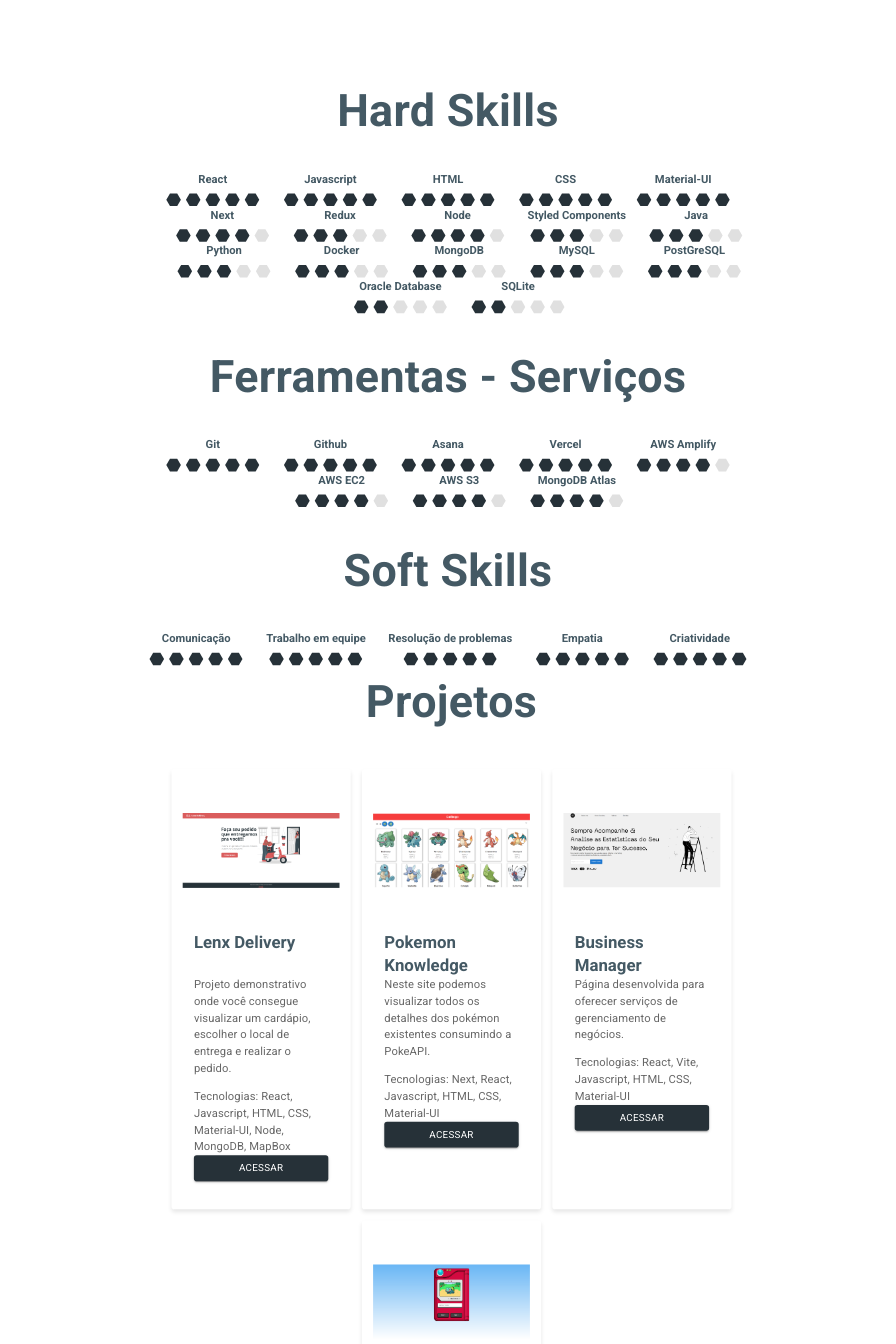
Repository: lenx0/myportfolio
Page: /
The author's editor kept a copy of each file at every save. The page is drawn from the files as they stood at one save, then again after the next save.
The browser window is 1280 px wide. The pictures show the part of the page from y = 1798 to 3718 px (the page is 5184 px tall before and 5267 px after), at 70% of full size.
The project was rebuilt for these pictures with package versions that can differ from the ones it lists, and the page was loaded fresh each time. Also part of the build but not shown: vite.config.js.

Above is the page before, as saved 2024-06-14 10:21:43.

After the next save:
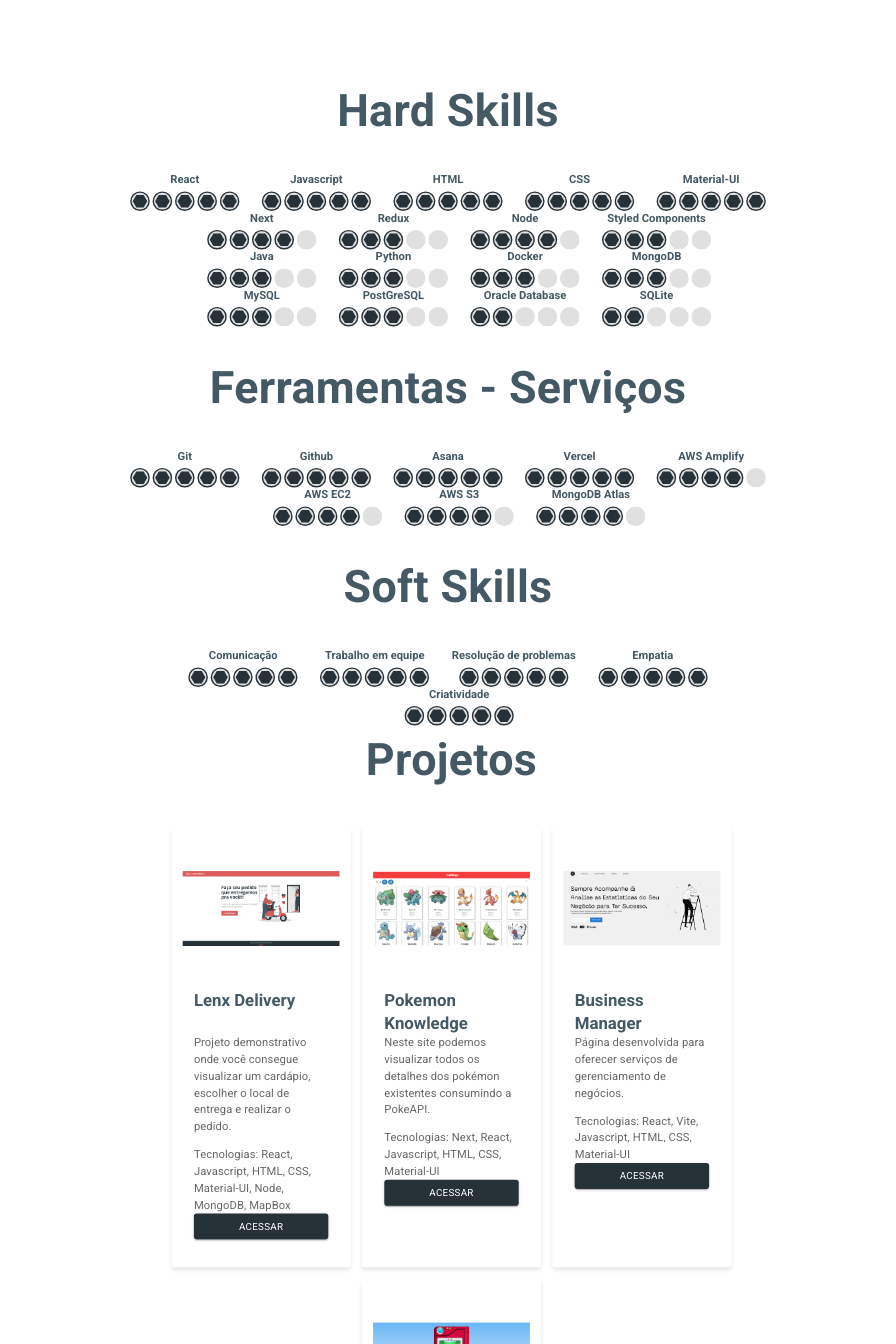
Saved 105 s later.
--- a/src/components/HardSkills/rating.jsx
+++ b/src/components/HardSkills/rating.jsx
@@ -1,5 +1,14 @@
 import { Hexagon } from "@mui/icons-material";
 import { Stack, SvgIcon, Typography } from "@mui/material";
+import { styled } from "@mui/system";
+
+// Definindo um componente SvgIcon estilizado
+const StyledHexagon = styled(SvgIcon)(({ theme, rating, index }) => ({
+  backgroundColor: "#E0E0E0",
+  borderRadius: "50%", // Isto é para garantir que o fundo do hexágono seja visível
+  color: rating > index ? "#263138" : "transparent",
+  border: rating > index ? "2px solid #263138" : "2px solid transparent",
+}));
 
 const SkillRating = ({ skill, rating }) => {
   return (
@@ -9,10 +18,11 @@
       </Typography>
       <Stack direction="row" spacing={0.5}>
         {Array.from({ length: 5 }).map((_, index) => (
-          <SvgIcon
+          <StyledHexagon
             key={index}
             component={Hexagon}
-            style={{ color: index < rating ? "#263138" : "#E0E0E0" }}
+            rating={rating}
+            index={index}
           />
         ))}
       </Stack>
@@ -20,4 +30,4 @@
   );
 };
 
-export default SkillRating
+export default SkillRating;

After the 3 saves that followed:
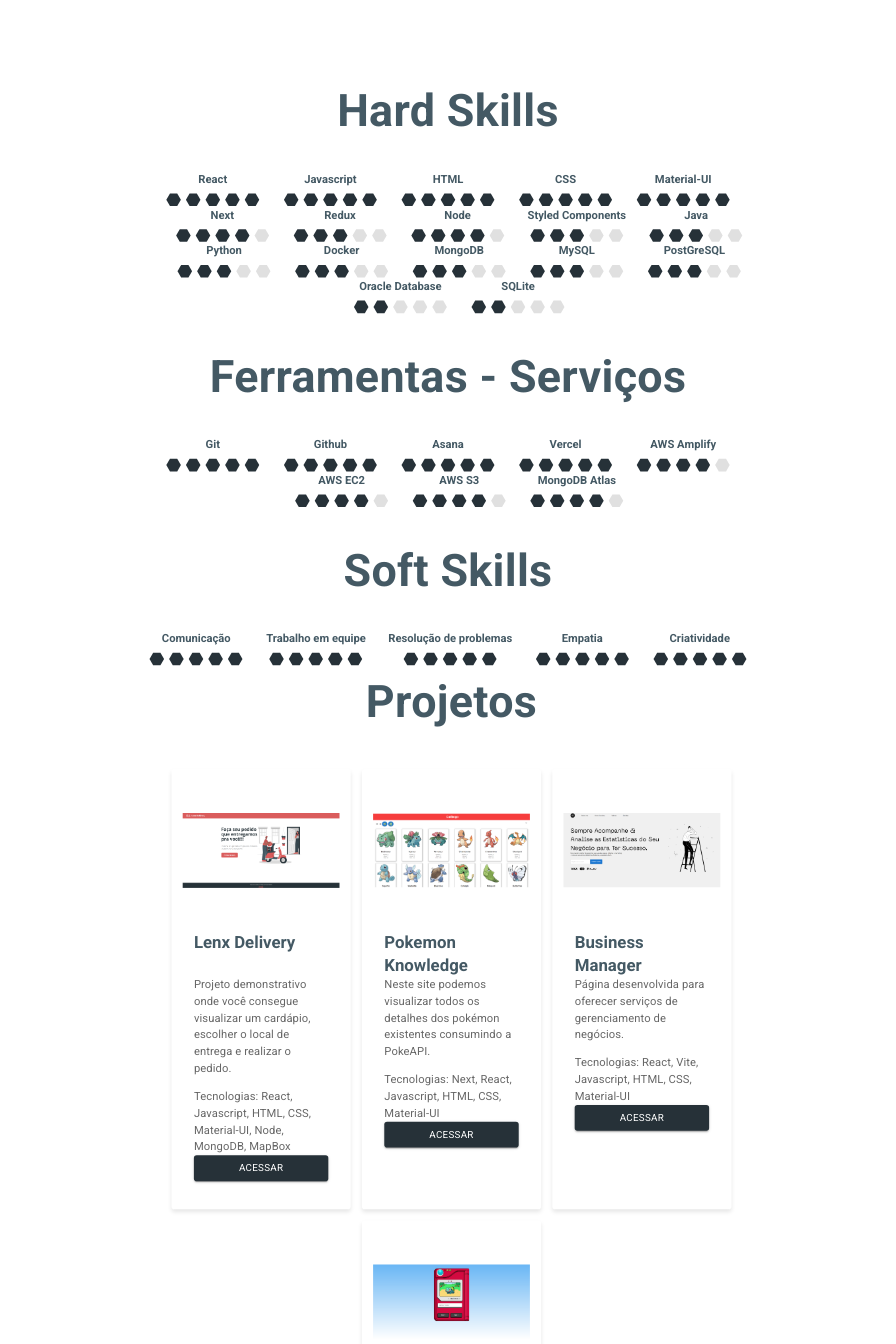
The 3 saves are shown as one change because 1 left the picture as it was and some came seconds apart.
The last was saved 87 s later.
--- a/src/components/HardSkills/rating.jsx
+++ b/src/components/HardSkills/rating.jsx
@@ -1,14 +1,5 @@
 import { Hexagon } from "@mui/icons-material";
 import { Stack, SvgIcon, Typography } from "@mui/material";
-import { styled } from "@mui/system";
-
-// Definindo um componente SvgIcon estilizado
-const StyledHexagon = styled(SvgIcon)(({ theme, rating, index }) => ({
-  backgroundColor: "#E0E0E0",
-  borderRadius: "50%", // Isto é para garantir que o fundo do hexágono seja visível
-  color: rating > index ? "#263138" : "transparent",
-  border: rating > index ? "2px solid #263138" : "2px solid transparent",
-}));
 
 const SkillRating = ({ skill, rating }) => {
   return (
@@ -18,11 +9,10 @@
       </Typography>
       <Stack direction="row" spacing={0.5}>
         {Array.from({ length: 5 }).map((_, index) => (
-          <StyledHexagon
+          <SvgIcon
             key={index}
             component={Hexagon}
-            rating={rating}
-            index={index}
+            style={{ color: index < rating ? "#263138" : "#E0E0E0" }}
           />
         ))}
       </Stack>
@@ -30,4 +20,4 @@
   );
 };
 
-export default SkillRating;
+export default SkillRating
